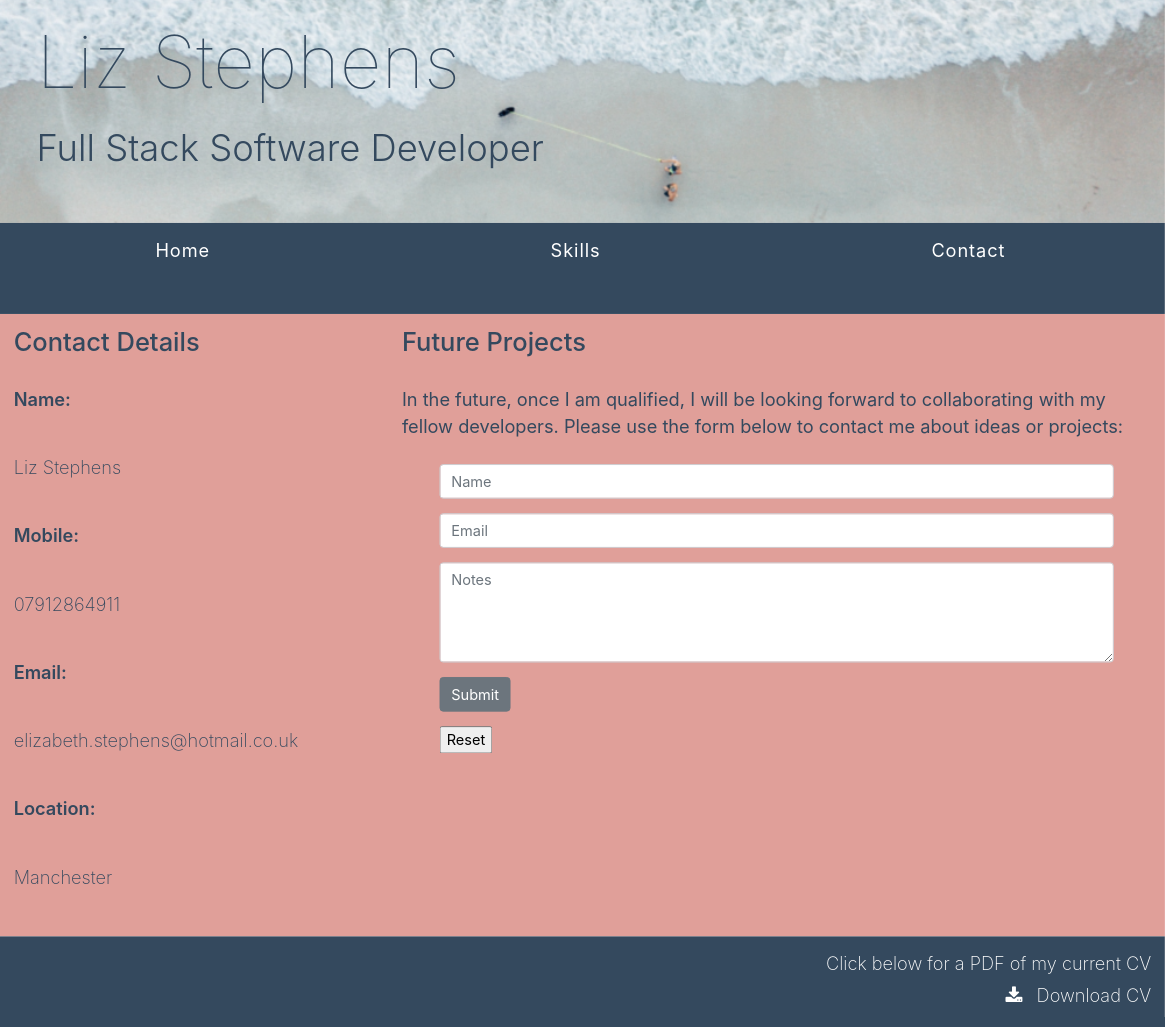
Repository: Liz94688/portfolio-site
Page: contact.html
The author's editor kept a record of every edit. The page is drawn from the files as they stood at one moment, then again after the next edit.
The browser window is 1280 px wide. The pictures show the whole page, at 91% of full size.

Above is the page before.

### contact.html
<!DOCTYPE html>
<html lang="en">

<head>
    <meta charset="UTF-8">
    <meta name="viewport" content="width=device-width, initial-scale=1.0">
    <meta http-equiv="X-UA-Compatible" content="ie=edge">
    <link rel="stylesheet" href="https://stackpath.bootstrapcdn.com/bootstrap/4.3.1/css/bootstrap.min.css" type="text/css" />
    <link rel="stylesheet" href="https://stackpath.bootstrapcdn.com/font-awesome/4.7.0/css/font-awesome.min.css" type="text/css" />
    <link rel="stylesheet" href="assets/css/style.css" type="text/css" />
    <title>Liz Stephens Portfolio - Full Stack Web Developer</title>
</head>

<body>
    <header>
        <div class="row header-image">
            <div class="col-12">
                <h1 class="header-name">Liz Stephens</h1>
                <h2 class="header-title">Full Stack Software Developer</h2>
            </div>
        </div>
        <div class="row header-nav">
            <div class="col">
                <ul id="nav" class="list-inline header-nav-container">
                    <li class="col-sm-4 header-nav-color-home header-nav-item list-inline-item">
                        <a href="index.html"><span>Home</span></a>
                    </li>
                    <li class="col-sm-4 header-nav-color-skills header-nav-item list-inline-item">
                        <a href="skills.html"><span>Skills</span></a>
                    </li>
                    <li class="col-sm-4 header-nav-color-contact header-nav-item list-inline-item">
                        <a href="contact.html"><span>Contact</span></a>
                    </li>
                </ul>
            </div>
        </div>
    </header>
    <section class="container-fluid contact-container">
        <div class="row contact-row">
            <div class="col-md-4 contact-info">
                <div class="col-12 contact-details-title">
                    <h3>
                        Contact Details
                    </h3>
                </div>
                <div class="col-12 contact-details-itemised">
                    <div class="key">
                        <p>Name: </p>
                    </div>
                    <div class="value">
                        <p>Liz Stephens</p>
                    </div>
                    <div class="key">
                        <p>Mobile: </p>
                    </div>
                    <div class="value">
                        <p>07912864911</p>
                    </div>
                    <div class="key">
                        <p>Email: </p>
                    </div>
                    <div class="value">
                        <p>elizabeth.stephens@hotmail.co.uk</p>
                    </div>
                    <div class="key">
                        <p>Location: </p>
                    </div>
                    <div class="value">
                        <p>Manchester</p>
                    </div>
                </div>
            </div>
            <div class="col-md-8 contact-form">
                <div class="col-12 form-info">
                    <h3 class="contact-form-title">
                        Future Projects
                    </h3>
                </div>
                <div class="col-12 form-info">
                    <p>In the future, once I am qualified, I will be looking forward to collaborating with my fellow developers. Please use the form below to contact me about ideas or projects: </p>
                </div>
                <div class="col-12 contact-groups">
                    <form class="centre-form">
                        <div class="form-group">
                            <input type="text" name="Name" class="form-control" placeholder="Name" required>
                        </div>
                        <div class="form-group">
                            <input type="email" name="Email" class="form-control" placeholder="Email" required>
                        </div>
                        <div class="form-group">
                            <textarea rows="4" name="Notes" class="form-control" placeholder="Notes"></textarea>
                        </div>
                        <div class="form-group">
                            <button type="submit" class="btn btn-secondary">Submit</button>
                        </div>
                        <div class="form-group">
                            <input type="reset" value="Reset">
                        </div>
                    </form>
                </div>
            </div>
        </div>
    </section>
    <footer class="container-fluid">
        <div class="row footer-nav">
            <div class="col footer-nav-item">
                <p>Click below for a PDF of my current CV</p>
                <a href="./assets/cv/Liz_CV.pdf" target="_blank"><i class="fa fa-download" aria-hidden="true"></i><span> Download CV </span></a>
            </div>
        </div>
    </footer>
</body>

</html>

### assets/css/style.css
@import url('https://fonts.googleapis.com/css?family=Montserrat&display=swap:100,200,300,400,500,600,700');

/*------------------------------Header*/

header {
    margin: 0;
    padding: 0;
}

.header-image {
    background-image: url('../images/welcome-view.jpg');
    background-position: center;
    background-repeat: no-repeat;
    background-size: cover;
    min-height: 240px;
    max-width: 100%;
    margin: 0;
    transition: all .5s ease-in-out;
    -moz-transition: all .5s ease-in-out;
    -webkit-transition: all .5s ease-in-out;
}

.header-name {
    font-weight: 100;
    font-size: 80px;
    color: #34495E;
    padding-top: 20px;
    padding-left: 25px;
}

.header-title {
    font-weight: 300;
    font-size: 40px;
    color: #34495E;
    padding-top: 15px;
    padding-bottom: 50px;
    padding-left: 25px;
}

/*------------------------------Header-Nav*/

.col {
    padding: 0;
}

li a {
    color: #fff;
    padding: 0;
    text-decoration: none;
}

.header-nav {
    margin-right: 0;
}

.row {
    padding-bottom: 0;
}


.list-inline-item:not(:last-child) {
    margin: 0;
}

.header-nav-container {
    font-size: 0;
}

.col ul {
    margin-bottom: 0;
}

#nav li {
    padding: 0;
}

.header-nav-item {
    height: 100px;
    text-align: center;
}

.header-nav-item a {
    width: 100%;
    text-decoration: none;
    color: #fff;
}

.header-nav-item span {
    display: block;
    padding-top: 15px;
    font-size: 20px;
    letter-spacing: 1px;
}

/*------------------------------Navbar Colours/Background Colours*/

ul {
    background-color: #34495E;
}

.header-nav-color-home:hover {
    background-color: #4682B4;
}

.header-nav-color-skills:hover {
    background-color: #48D1CC;
}

.header-nav-color-contact:hover {
    background-color: #D98880;
}

.home-bg-color {
    background-color: #4682B4;
}

/*------------------------------So far...*/

section {
    margin: 0;
    padding: 0;
}

.about-container {
    min-height: 500px;
    background-color: rgba(70, 130, 180, 0.8);
    color: #34495E;
    padding-bottom: 20px;
}

.so-far-title {
    padding-top: 20px;
    margin-bottom: 30px;
}

.so-far-title h3 {
    margin: 0;
}

.so-far-paragraph p {
    margin-bottom: 25px;
}

/*------------------------------Timeline*/

.timeline {
    position: relative;
    margin: 0 auto;
}

.timeline::after {
    content: '';
    position: absolute;
    width: 6px;
    background-color: #fff;
    top: 0;
    bottom: 0;
    left: 50%;
    margin-left: -2px;
}

.container {
    padding: 10px 20px;
    position: relative;
    background-color: #34495E;
    width: 50%;
    color: #fff;
    margin-left: 0;
}

.left {
    left: 0;
}

.right {
    left: 50%;
}

/*------------------------------Skills*/

.skills-container {
    margin: 0;
    min-height: 500px;
    background-color: rgba(72, 209, 204, 0.8);
    color: #34495E;
    padding-bottom: 20px;
}

.skills-title {
    padding-top: 20px;
    margin-bottom: 30px;
}

.skills-progression {
    margin-bottom: 30px;
    font-size: 20px;
    font-weight: 300;
}

.progress {
    height: 35px;
    margin-bottom: 15px;
    position: relative;
}

.progress-type {
    position: absolute;
    left: 0px;
    color: #34495E;
    padding: 2px 30px 2px 5px;
}

/*------------------------------Contact Info*/

.contact-container {
    padding: 0;
    margin: 0;
    min-height: 500px;
    background-color: rgba(217, 136, 128, 0.8);
    color: #34495E;
}

.contact-row {
    margin-left: 0;
    margin-right: 0;
}

.contact-info {
    padding-top: 15px;
    margin-bottom: 5px;
}

.contact-details-title {
    margin-bottom: 30px;
    padding: 0;
}

.contact-details-title h3 {
    margin: 0;
}

.contact-details-itemised {
    margin-bottom: 20px;
    padding: 0;
}

.contact-details-itemised .key,
.contact-details-itemised .value {
    display: inline-block;
    padding-right: 10px;
    margin-bottom: 45px;
}

.contact-details-itemised .key p,
.contact-details-itemised .value p {
    margin: 0;
    font-size: 20px;
}

.contact-details-itemised .key {
    width: 30%;
}

.contact-details-itemised .value {
    position: relative;
    width: 60%;
}

.contact-details-itemised .key p {
    font-weight: 600;
}

.contact-details-itemised .value p {
    font-weight: 200;
}

/*------------------------------Contact Form*/

.contact-form {
    padding-top: 15px;
    margin-bottom: 20px;
}

.form-info {
    padding: 0;
    font-size: 20px;
}

.contact-form-title {
    margin-bottom: 30px;
}

.contact-groups {
    padding: 0;
}

.centre-form {
    padding-top: 10px;
    margin: 0 auto;
    max-width: 85%;
}

/*------------------------------Footer*/

footer {
    min-height: 100px;
    margin: 0;
    padding: 0;
}

.footer-nav {
    background-color: #34495E;
}

.footer-nav-item {
    height: 100px;
    text-align: right;
    padding: 15px 20px;
    color: #fff;
}

.footer-nav-item a {
    text-decoration: none;
    color: #fff;
}

.footer-nav-item a i {
    font-size: 20px;
    padding: 10px;
}

.footer-nav-item p {
    margin: 0;
}

/*------------------------------Media Queries for Header/Footer*/

@media(max-width: 600px) {
    .header-title {
        font-weight: 200;
        font-size: 40px;
        color: #34495E;
        padding-top: 25px;
        padding-bottom: 40px;
        padding-left: 25px;
    }
}

@media(min-width: 768px) {
    .footer-nav-item {
        height: 100px;
        text-align: right;
        padding: 15px 15px;
        color: #fff;
        font-size: 20px;
        font-weight: 200;
    }
}

/*------------------------------Media Queries for Home*/

@media(min-width: 768px) {
    .timeline {
        max-width: 90%;
    }
}

@media(min-width: 768px) {
    .timeline::after {
        content: '';
        position: absolute;
        width: 12px;
        background-color: #fff;
        top: 0;
        bottom: 0;
        left: 50%;
        margin-left: -2px;
    }
}

@media(min-width: 992px) {
    .centre-form {
        padding-top: 30px;
        margin: 0 auto;
        max-width: 85%;
    }
}

/*------------------------------Media Queries for Skills*/

@media(max-width: 600px) {
    .skills-progression {
        font-size: 18px;
        font-weight: 500;
    }
}

@media(min-width: 768px) {
    .progress {
        height: 55px;
        margin-bottom: 25px;
    }
}

@media(min-width: 768px) {
    .progress-type {
        position: absolute;
        left: 0px;
        color: #34495E;
        padding: 5px 62px 5px 11px;
        font-size: 20px;
        font-weight: 400;
    }
}

/*------------------------------Media Queries for Contact*/

@media(max-width: 600px) {
    .contact-details-itemised {
        margin-bottom: 0px;
        padding: 0;
    }
}

@media(min-width: 600px) {
    .contact-details-itemised .key,
    .contact-details-itemised .value {
        display: block;
        padding-right: 10px;
        margin-bottom: 45px;
    }
}

@media(min-width: 600px) {
    .contact-details-itemised .key {
        width: 100%;
    }
}

@media(min-width: 600px) {
    .contact-details-itemised .value {
        position: relative;
        width: 100%;
    }
}

@media(max-width: 600px) {
    .contact-form {
        padding-top: 0px;
        margin-bottom: 20px;
    }
}

@media(max-width: 600px) {
    .contact-form-title {
        margin-bottom: 15px;
    }
}

@media(min-width: 768px) {
    .centre-form {
        padding-top: 10px;
        margin: 0 auto;
        max-width: 90%;
    }
}

After the next edit:
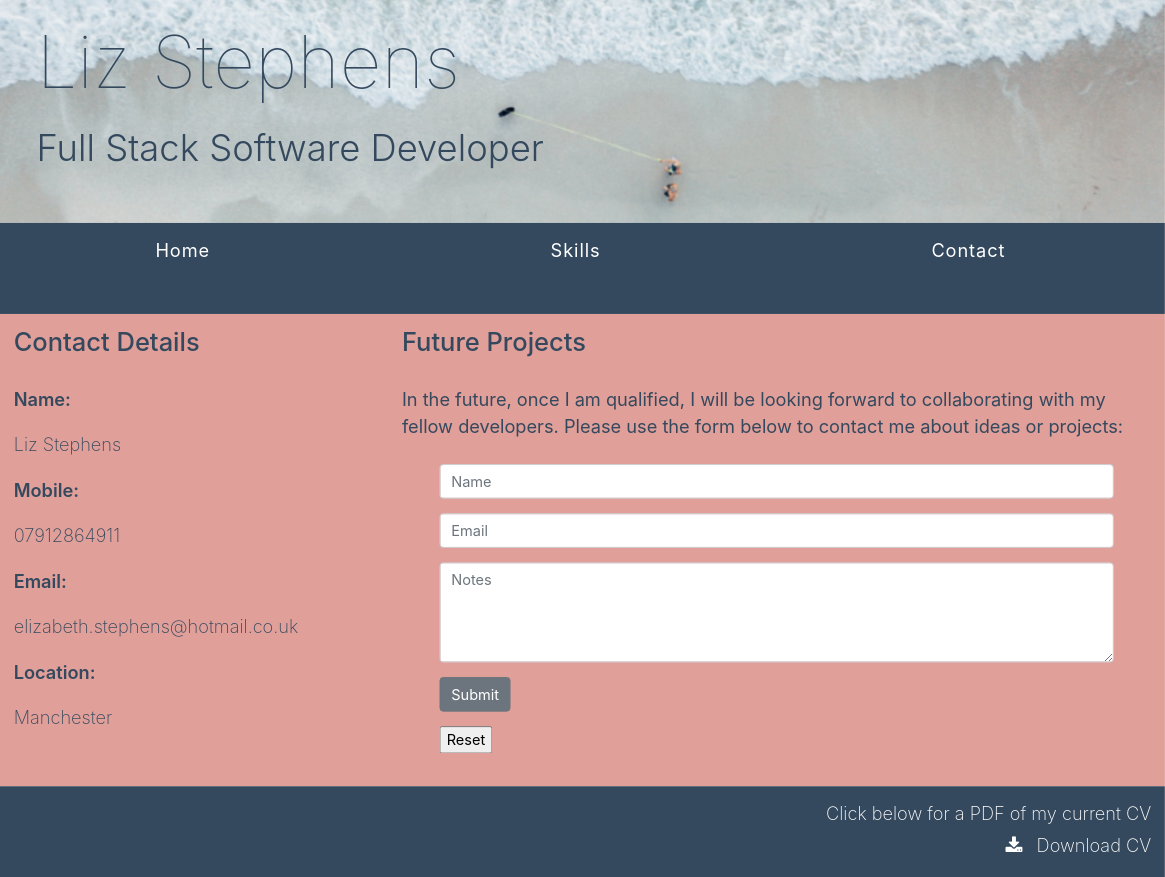
The edit:
--- a/assets/css/style.css
+++ b/assets/css/style.css
@@ -427,7 +427,7 @@
     .contact-details-itemised .value {
         display: block;
         padding-right: 10px;
-        margin-bottom: 45px;
+        margin-bottom: 20px;
     }
 }
 
